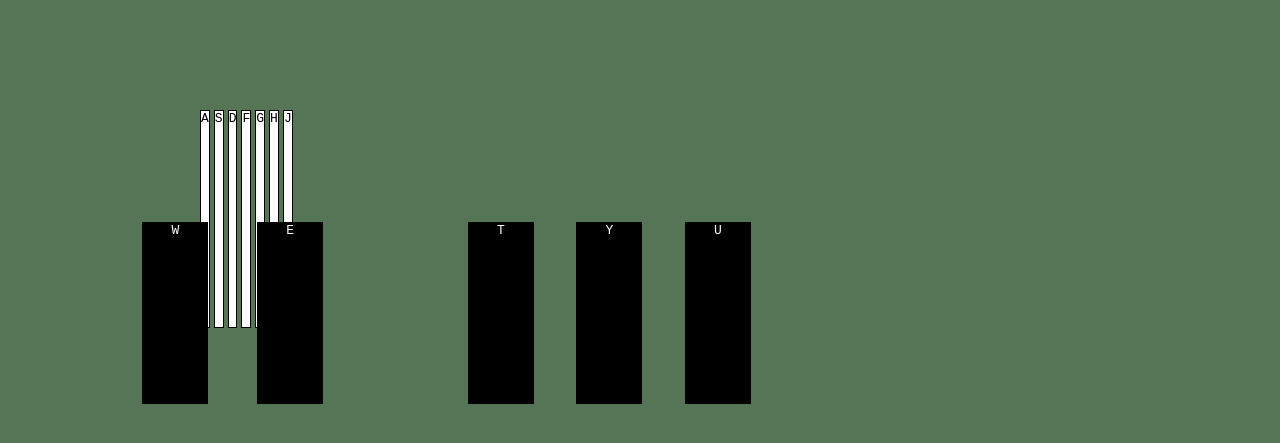
Repository: ctcoleman/Virtual-Piano
Page: index.html
The author's editor kept a copy of each file at every save. The page is drawn from the files as they stood at one save, then again after the next save.
The browser window is 1280 px wide. The pictures show the whole page.

Above is the page before, as saved 2020-07-20 09:23:50.

After the next save:
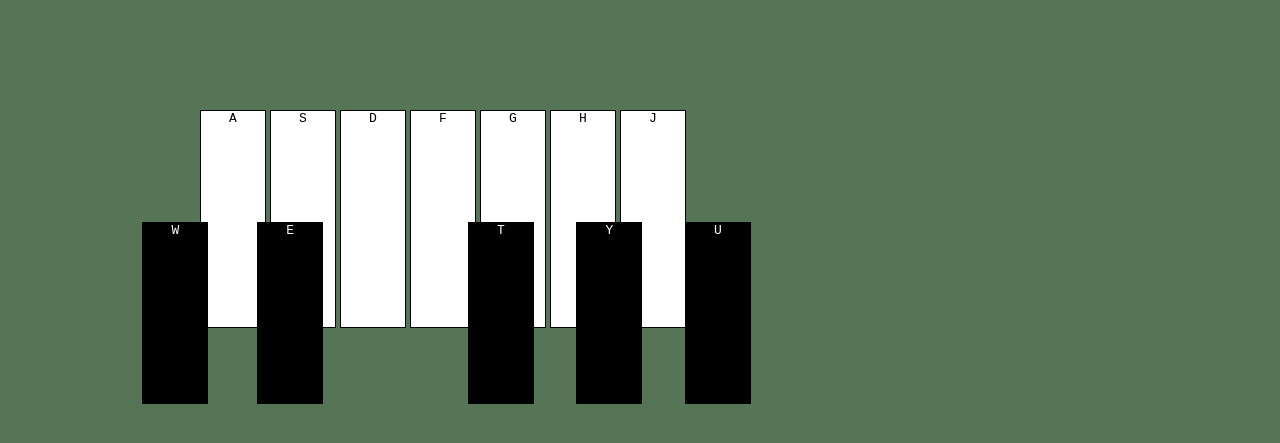
Saved 22 s later.
--- a/index.css
+++ b/index.css
@@ -26,7 +26,7 @@ html {
 .white-key {
     text-align: center;
     display: inline-block;
-    width: vw;
+    width: 5vw;
     height: 30vh;
     background: white;
     border: 1px solid black;
